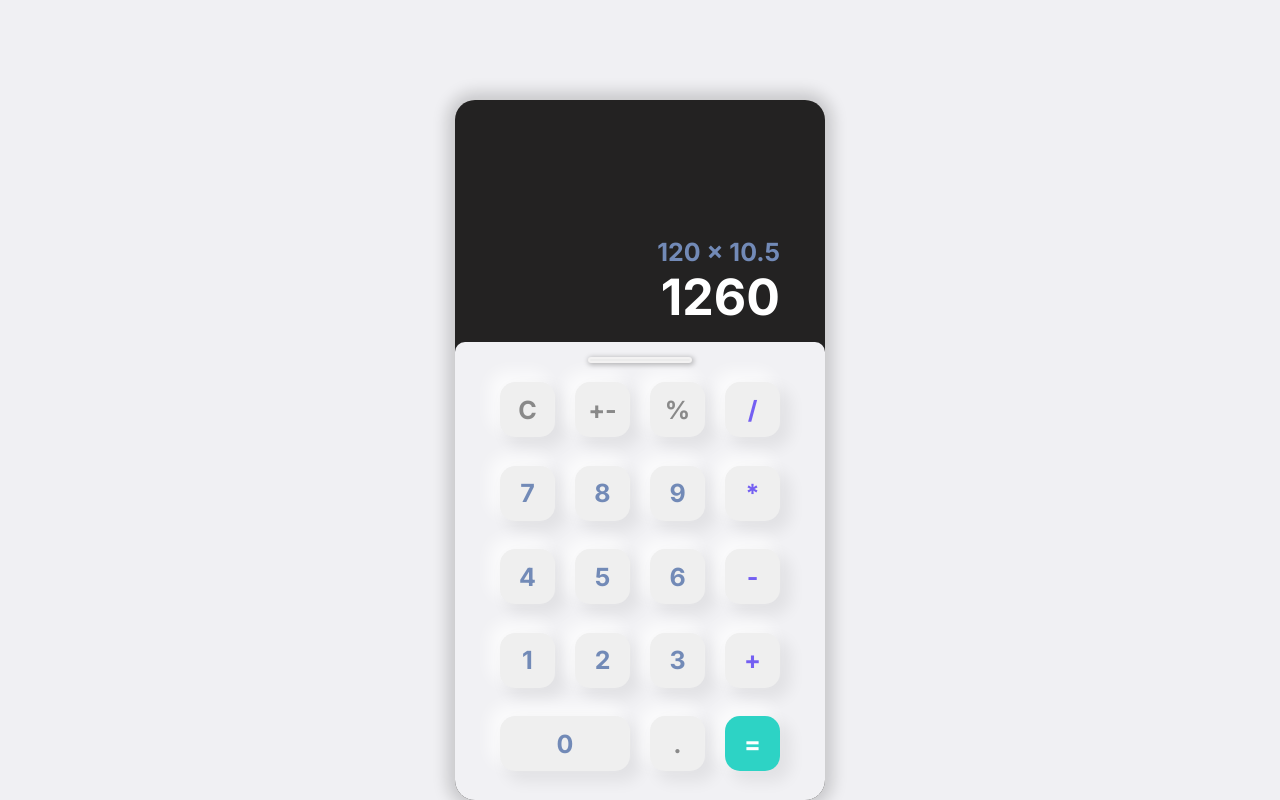
Repository: BrunoBross/calculator
Page: index.html
An editor plug-in stored every save of this project. The page is shown before and after the next save, followed by the edit.
The browser window is 1280 px wide. The pictures show the whole page.

Above is the page before, as saved 2021-12-01 00:26:28.

### index.html
<!DOCTYPE html>
<html lang="en">
<head>
  <meta charset="UTF-8">
  <meta http-equiv="X-UA-Compatible" content="IE=edge">
  <meta name="viewport" content="width=device-width, initial-scale=1.0">
  <title>Calculator</title>
  <link rel="stylesheet" href="./style.css">
  <link rel="preconnect" href="https://fonts.googleapis.com">
  <link rel="preconnect" href="https://fonts.gstatic.com" crossorigin>
  <link href="https://fonts.googleapis.com/css2?family=Inter:wght@400;500;700&display=swap" rel="stylesheet">
</head>
<body>
  <main>
    <div class="calculator">
      <div class="view">
        <div id="history">120 x 10.5</div>
        <div id="result">1260</div>
      </div>
      <div class="buttons">
        <div id="effect"></div>
        <button class="extra" id="reset">C</button>
        <button class="extra" id="moreless">+-</button>
        <button class="extra" id="percent">%</button>
        <button class="operator" id="division">/</button>
        <button class="number" id="seven">7</button>
        <button class="number" id="eight">8</button>
        <button class="number" id="nine">9</button>
        <button class="operator" id="multiply">*</button>
        <button class="number" id="four">4</button>
        <button class="number" id="five">5</button>
        <button class="number" id="six">6</button>
        <button class="operator" id="less">-</button>
        <button class="number" id="one">1</button>
        <button class="number" id="two">2</button>
        <button class="number" id="three">3</button>
        <button class="operator" id="plus">+</button>
        <button class="number" id="zero">0</button>
        <button class="extra" id="dot">.</button>
        <button class="equals" id="equals">=</button>
      </div>
    </div>
    <div class="frufrus">
      <div class="small-square"></div>
      <div class="square"></div>
      <div class="small-circle"></div>
      <div class="circle"></div>
    </div>
  </main>
</body>
<script src="./script.js"></script>
</html>

### style.css
*{
  padding: 0;
  margin: 0;
  font-family: 'Inter', sans-serif;
  font-weight: 700;
}

body{
  background-color: #F0F0F3;
}

main{
  display: flex;
  justify-content: center;
  margin-top: 100px;
}

.calculator{
  background-color: #232222;
  display: flex;
  flex-direction: column;
  width: 370px;
  height: 700px;
  border-radius: 20px;
  box-shadow: 0 0 15px 8px #0000002a;
}

.view{
  display: flex;
  flex-direction: column;
  align-items: flex-end;
  justify-content: end;
  height: 400px;
  margin-right: 45px;
  padding-bottom: 15px;
}

.view > #result{
  color: #FFF;
  font-size: 50px;
}

#history{
  font-size: 25px;
  color: #728AB7;
}

.buttons{
  padding: 20px;
  padding-top: 40px;
  background-color: #F1F1F4;
  display: flex;
  justify-content: center;
  flex-wrap: wrap;
  gap: 20px;
  height: 100%;
  border-radius: 10px 10px 20px 20px;
}

.buttons > button{
  box-shadow: 8px 8px 15px 3px #00000010, -8px -8px 15px 3px #ffffffb0;
  border: none;
  height: 55px;
  width: 55px;
  border-radius: 15px;
  cursor: pointer;
  transition: 0.3s;
  font-size: 25px;
}

button:hover{
  background-color: #cccccc;
}

.equals:hover{
  background-color: #28a59a;
}

#zero{
  width: 130px;
}

.number{
  color: #728AB7;
}

.operator{
  color: #745FF2;
}

.equals{
  color: white;
  background-color: #2DD3C5;
}

.extra{
  color: #898989;
}

#effect{
  background-color: rgb(236, 236, 236);
  border: 2px solid #f3f2f2;
  border-radius: 5px;
  box-shadow: 1px 1px 5px 1px #00000041;
  height: 2px;
  width: 100px;
  position: absolute;
  top: 357px;
}

.frufrus{
  height: 100%;
}

.small-square{
  height: 250px;
  width: 200px;
  position: absolute;
  border-radius: 15px;
  top: 160px;
  left: 120px;
  box-shadow: 8px 8px 15px 3px #0000001c, -8px -8px 15px 3px #ffffff;}

.square{
  height: 300px;
  width: 300px;
  position: absolute;
  border-radius: 15px;
  top: 100px;
  right: 200px;
  box-shadow: 8px 8px 15px 3px #0000001c, -8px -8px 15px 3px #ffffff;}

.small-circle{
  height: 200px;
  width: 200px;
  position: absolute;
  border-radius: 50%;
  bottom: 100px;
  right: 140px;
  box-shadow: 8px 8px 15px 3px #0000001c, -8px -8px 15px 3px #ffffff;
}

.circle{
  height: 300px;
  width: 300px;
  position: absolute;
  border-radius: 50%;
  bottom: -80px;
  left: 140px;
  box-shadow: 8px 8px 15px 3px #0000001c, -8px -8px 15px 3px #ffffff;
}

@media only screen and (max-width: 1600px) {
  .frufrus{
    display: none;
  }
}

Loaded but not shown: script.js (no copy from this time; the picture is the same without it)

After the next save:
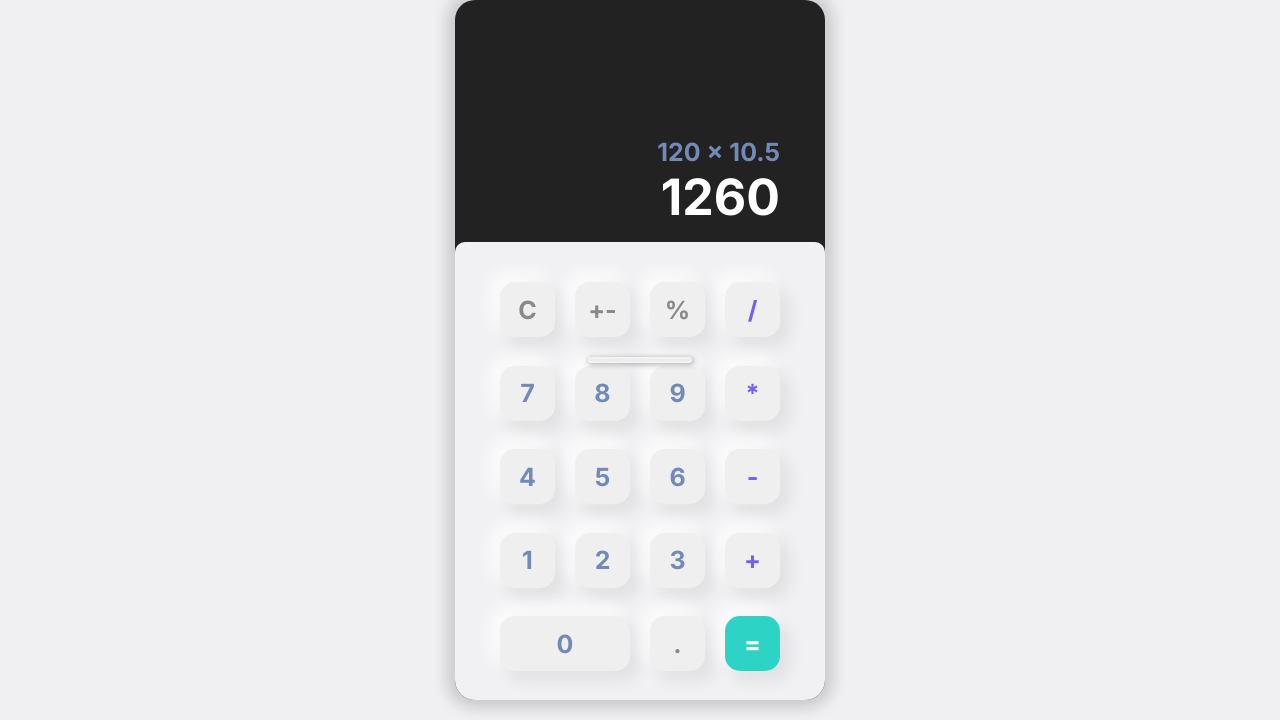
Saved 45 s later.
--- a/style.css
+++ b/style.css
@@ -154,4 +154,8 @@ button:hover{
   .frufrus{
     display: none;
   }
+
+  main{
+    margin: 0;
+  }
 }
